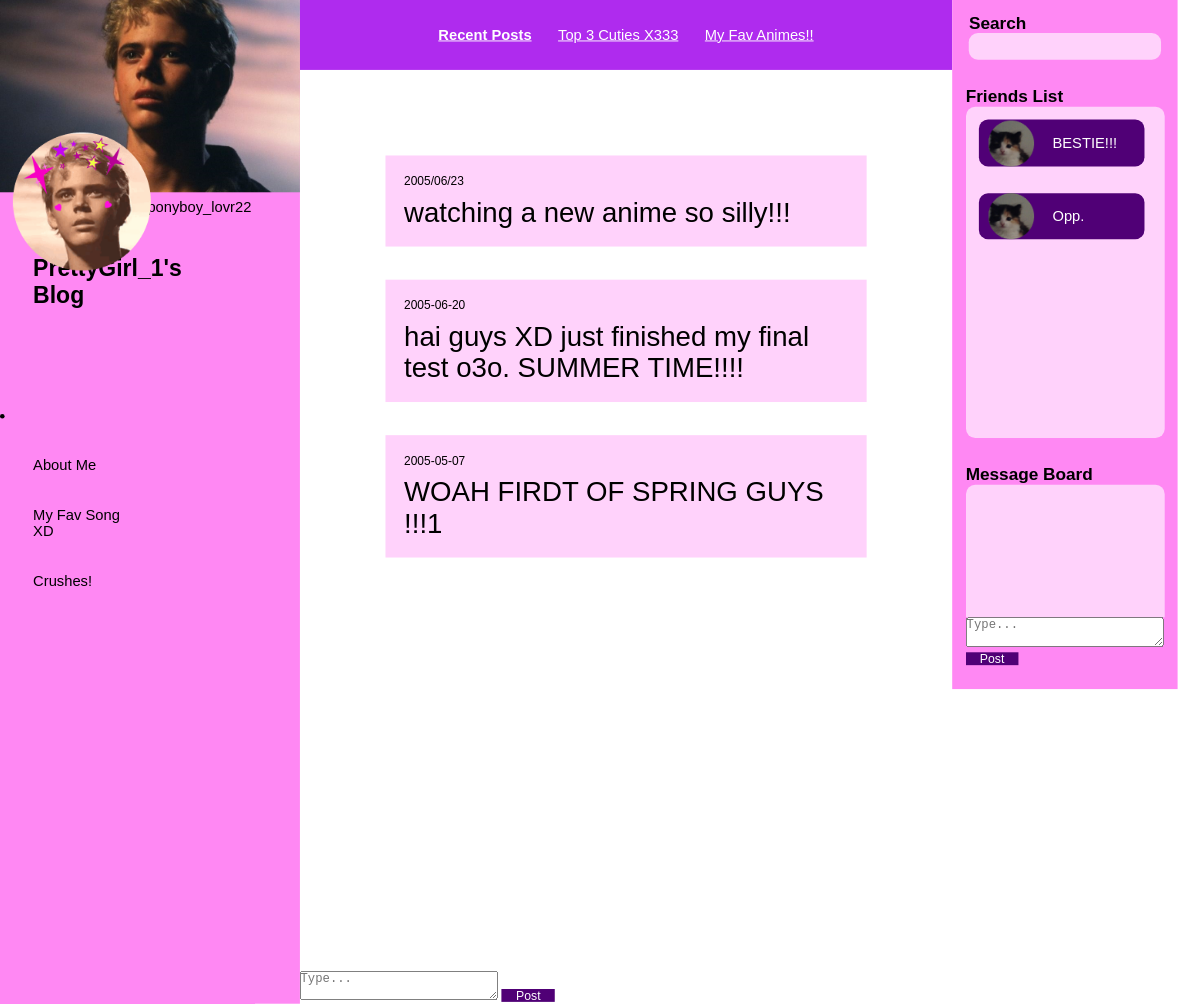
Repository: Jennica1/Frontend-Final
Page: index.html
The author's editor kept a copy of each file at every save. The page is drawn from the files as they stood at one save, then again after the next save.
The browser window is 1280 px wide. The pictures show the whole page, at 92% of full size.

Above is the page before, as saved 2024-05-23 13:16:12.

### index.html
<!DOCTYPE html>
<html lang="en">

<head>
  <title>My Blog!!</title>
  <meta charset="UTF-8">
  <meta name="viewport" content="width=device-width, initial-scale=1">
  <link rel="stylesheet" href="style.css">
</head>

<body>
  <div class="content">

    <div class="flexbox">

      <div class="sidebar-wrapper">

        <!--Side Nav Left-->
        <div class="sidebar-left">
          <img src="images/ponyboy.png" class="profile" width="150px" />
          <img src="images/background-image.jpg" alt="background image" class="background-photo" />
          <p class="username">@ponyboy_lovr22</p>
          <p class="nickname">PrettyGirl_1's Blog</p>
          <li class="sidebar-list">
            <ul class="item">About Me</ul>
            <ul class="item">My Fav Song XD</ul>
            <ul class="item">Crushes!</ul>
          </li>
        </div>
      </div>



      <div class="centre-content"> <!-- PUT ALL MAIN CONTENT BELOW THE HEADER -->
        <!-- Header -->
        <header class="header">
          <li class="content-list">
            <ul><a class="link" style="font-weight: bold;" href="index.html">Recent Posts</a></ul>
            <ul><a class="link" href="topThree.html">Top 3 Cuties X333</a></ul>
            <ul><a class="link" href="anime.html">My Fav Animes!!</a></ul>
          </li>
        </header>

        <!-- main content -->
        <div class="main-content">
          <div id="recents-container" class="recents-container">
            <div class="post">
              <p class="time-stamp">2005/06/23</p>
              <p class="post-text">watching a new anime so silly!!!</p>
            </div>

            <div class="post">
              <p class="time-stamp">2005-06-20</p>
              <p class="post-text">hai guys XD just finished my final test o3o. SUMMER TIME!!!!</p>
            </div>

            <div class="post">
              <p class="time-stamp">2005-05-07</p>
              <p class="post-text">WOAH FIRDT OF SPRING GUYS !!!1</p>
            </div>
          </div>
          <div class="user-input">
            <textarea name="" id="new-post" class="text-box" placeholder="Type..."></textarea>
            <button id="btn-recent" class="button-post">Post</button>
            <script src="recent.js"></script>
          </div>
        </div>

      </div>

      <!--Side Nav Right-->
      <div class="sidebar-right">
        <form>
          <h3>Search</h3>
          <input type="text" class="search-bar">
        </form>
        <div class="friends-list">
          <h3>Friends List</h3>
          <div class="friends-container">
            <div class="friend">
              <img src="images/friend-pfp.png" width="50px" style="margin-left: 10px; margin-right: 20px;" />
              <p style="color: white;">BESTIE!!!</p>
            </div>
            <div class="friend">
              <img src="images/friend-pfp.png" width="50px" style="margin-left: 10px; margin-right: 20px;" />
              <p style="color: white;">Opp.</p>
            </div>
          </div>
        </div>
        <div class="message-board">
          <h3>Message Board</h3>
          <div id="message-board-container" class="message-board-container">
            <div class="message-board-content">
            </div>
          </div>
          <div class="user-input">
            <textarea name="" id="new-comment" class="text-box" placeholder="Type..."></textarea>
            <button id="btn-post" class="button-post">Post</button>
            <script src="script.js"></script>
          </div>
        </div>
      </div>
    </div>
  </div>
  </div>
</body>

</html>

### style.css
* {
  margin: 0;
  padding: 0;
}

.content {
  display: flex;
  flex-direction: column;
}

.flexbox {
  display: flex;
  flex-direction: row;
  justify-content: space-between;
  gap: 0;
}

.sidebar-wrapper {
  display: flex;
  justify-content: center;
  height: auto;

}

.sidebar-left {
  display: flex;
  flex-direction: column;
  position: relative;
  background-color: #FF88F3;
  z-index: 0;
  padding-right: 9.1rem;
  width: 25vh;
  font-family: Arial;
}

.profile {
  z-index: 1;
  position: absolute;
  margin-top: 20vh;
  margin-left: 2vh;
}

.background-photo {
  position: absolute;
  top: 0;
  left: 0;
  width: 100%;
  height: 29vh;
  object-fit: cover;

}

.background-container {
  width: 100%;
}

.username {
  margin-top: 30vh;
  margin-left: 20vh;
}

.nickname {
  font-size: 25px;
  margin-top: 6vh;
  margin-left: 5vh;
  width: 100%;
  font-weight: BOLD;
}

.sidebar-list {
  margin-top: 15vh;
}

.item {
  margin: 5vh;
}

.content-list {
  display: flex;
  margin: 4vh;
}

.link {
  color: white;
  margin: 2vh;
}


.sidebar-right {
  background-color: #FF88F3;
  z-index: 0;
  width: 30vh;
  display: flex;
  flex-direction: column;
  align-items: center;
  padding: 2vh;
  font-family: Arial;
  height: 100vh;
}

.search-bar {
  width: 29vh;
  height: 4vh;
  border-radius: 10px;
  border: transparent;
  background-color: #FFD2FB;
}

.friends-list {
  height: auto;
  margin-top: 4vh;
}

.friends-container {
  width: 30vh;
  height: 50vh;
  background-color: #FFD2FB;
  border-radius: 10px;
  display: flex;
  justify-content: center;
  flex-direction: column;
  justify-content: start;
}


.friend {
  width: 25vh;
  height: 7vh;
  border-radius: 10px;
  background-color: #500076;
  margin: 2vh;
  display: flex;
  align-items: center;
}

.message-board-container {
  width: 30vh;
  height: 20vh;
  background-color: #FFD2FB;
  border-top-left-radius: 10px;
  border-top-right-radius: 10px;
  display: flex;
  flex-direction: column-reverse;
  overflow-y: auto;
}

.message-board-content {
  margin: 10px;

}

.message-board {
  margin-top: 4vh;
}

.message {
  width: 80%;
  height: auto;
  margin: 1vh;
  align-items: left;
  display: flex;
  flex-direction: column;
  background-color: purple;
  padding: 1vh;
  border-radius: 5px;
  color: white;
}

.user-input {
  width: 50%;
}

.text-box {
  width: 29.7vh;
}

.button-post {
  width: 8vh;
  height: 2vh;
  right: 0;
  background-color: #500076;
  color: white;
  border: transparent;
}

.header {
  background-color: #AF2BEE;
  color: #ffffff;
  display: flex;
  justify-content: center;
  font-family: Arial;
}

.centre-content {
  width: 100%;
  display: flex;
  flex-direction: column;

}

.main-content {
  display: flex;
  justify-content: center;
  flex-direction: column;
  overflow-y: auto;
}

.recents-container {
margin: 8vh;
height: 120vh;
}

.post {
  flex-direction: column;
  display: flex;
  margin: 5vh;
  padding: 20px;
  width: auto;
  background-color: #FFD2FB;
  font-family: Arial;
}

.time-stamp {
font-size: 13px;
margin-bottom: 10PX;
}

.post-text {
font-size: 30px;
width: 100%;
}

### recent.js
document.getElementById("btn-recent").addEventListener("click", function () {
  const newPostText = document.getElementById("new-post").value;
  const timeStamp = new Date().toLocaleDateString(); // Get the current date as the time stamp

  const recentsContainer = document.createElement("div");
  recentsContainer.classList.add("post");

  const timeStampElement = document.createElement("p");
  timeStampElement.classList.add("time-stamp");
  timeStampElement.innerText = timeStamp;

  const recentsElement = document.createElement("p");
  recentsElement.classList.add("post-text");
  recentsElement.innerText = newPostText;

  recentsContainer.appendChild(timeStampElement);
  recentsContainer.appendChild(recentsElement);

  const recentPostsContainer = document.getElementById("recents-container");

  recentPostsContainer.insertBefore(recentsContainer, recentPostsContainer.firstChild);


  document.getElementById("new-post").value = "";
});

### script.js
document.getElementById("btn-post").addEventListener("click", function () {

  const newComment = document.getElementById("new-comment").value;


  const commentContainer = document.createElement("div");
  commentContainer.classList.add("message");
  const commentElement = document.createElement("p");
  commentElement.innerText = newComment;


  commentContainer.appendChild(commentElement);


  const messageBoardContainer = document.getElementById("message-board-container");
  messageBoardContainer.appendChild(commentContainer);


  document.getElementById("new-comment").value = "";
});

After the next save:
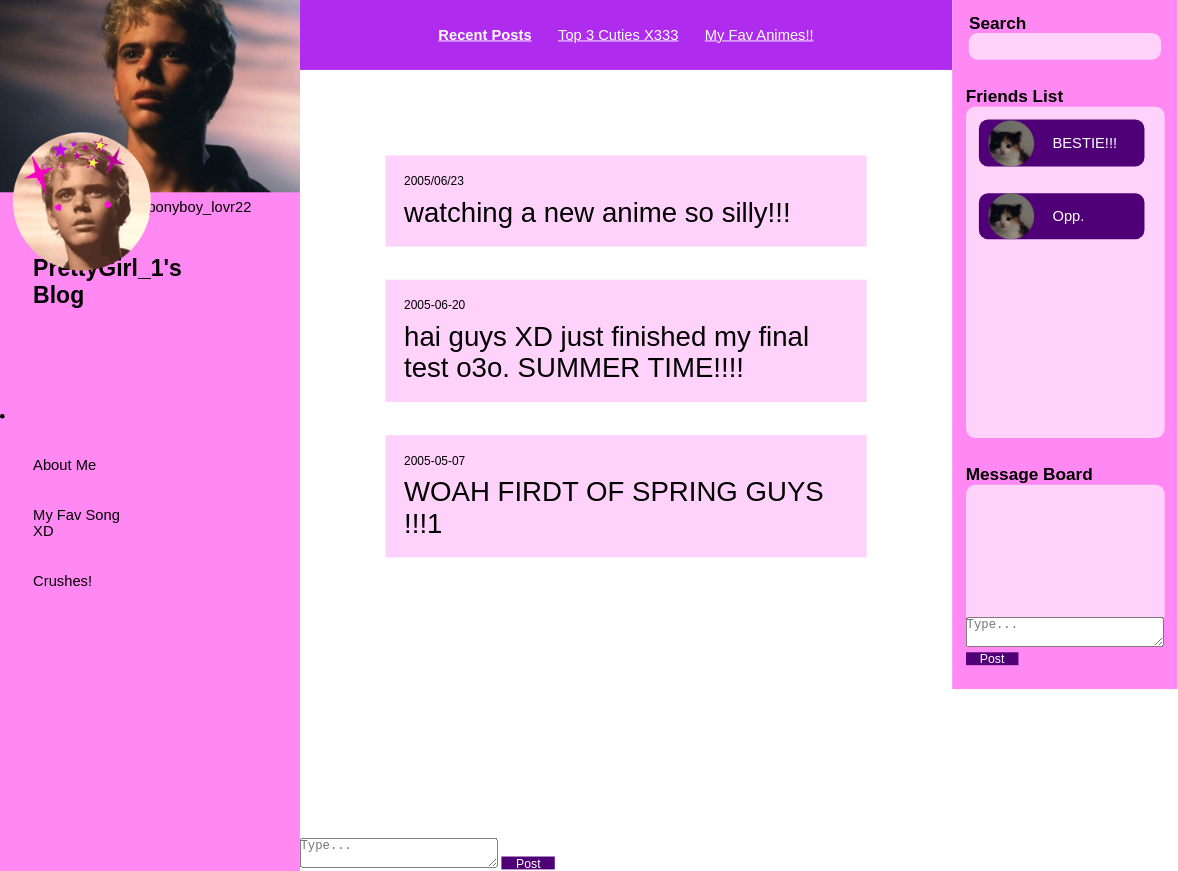
Saved 7 s later.
--- a/style.css
+++ b/style.css
@@ -207,7 +207,7 @@
 
 .recents-container {
 margin: 8vh;
-height: 120vh;
+height: 100vh;
 }
 
 .post {
